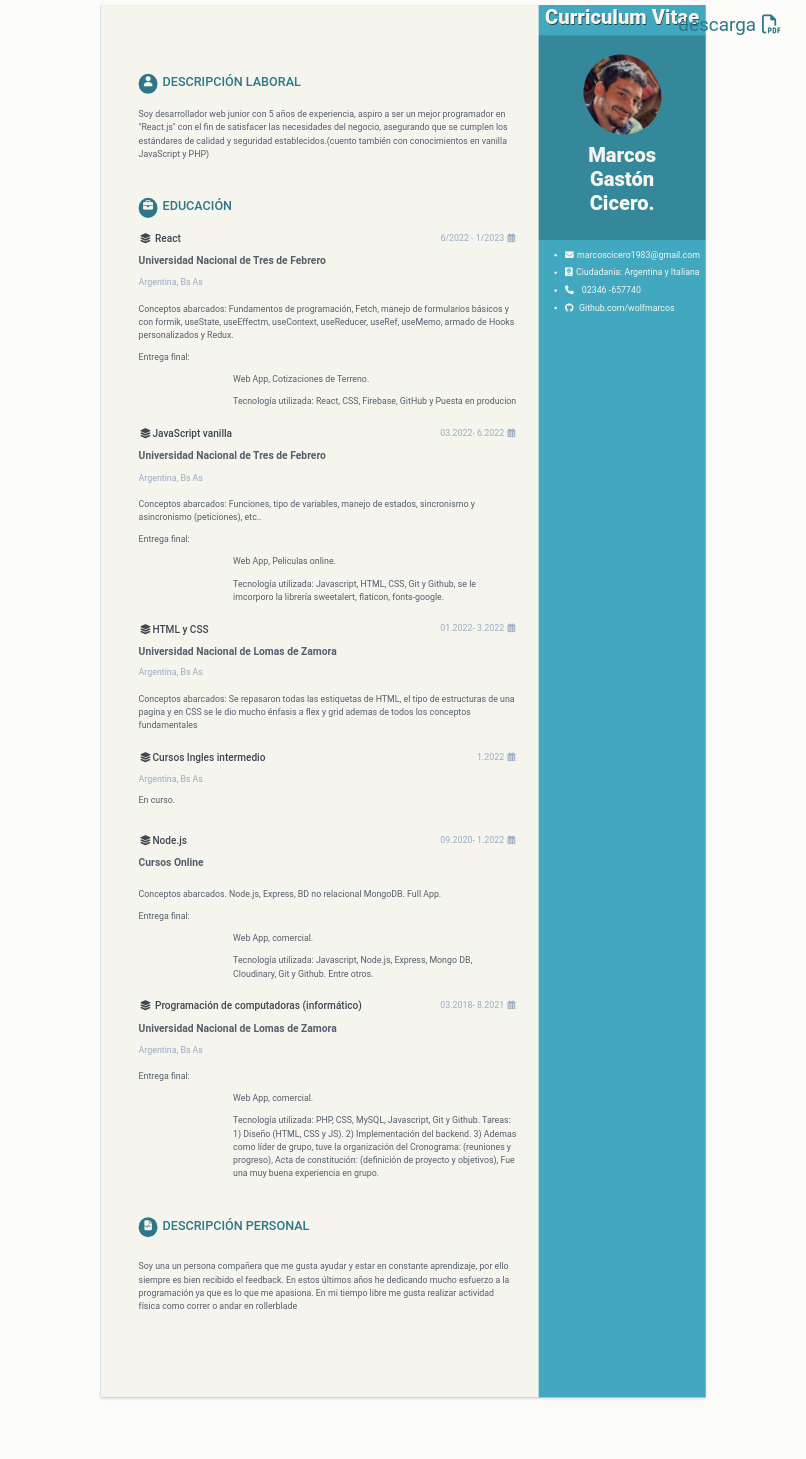
Repository: wolfmarcos/CV-Marcos-Cicero
Page: index.html
An editor plug-in stored every save of this project. The page is shown before and after a run of saves, followed by the edit.
The browser window is 1280 px wide. The pictures show the whole page, at 63% of full size.
Some icons come from a web library that is not loaded, so they are not drawn. Some web fonts or font styles are not loaded; a fallback is used. Some web libraries are served in a nearby version.

Above is the page before, as saved 2023-01-27 18:23:55.

After the next 2 saves:
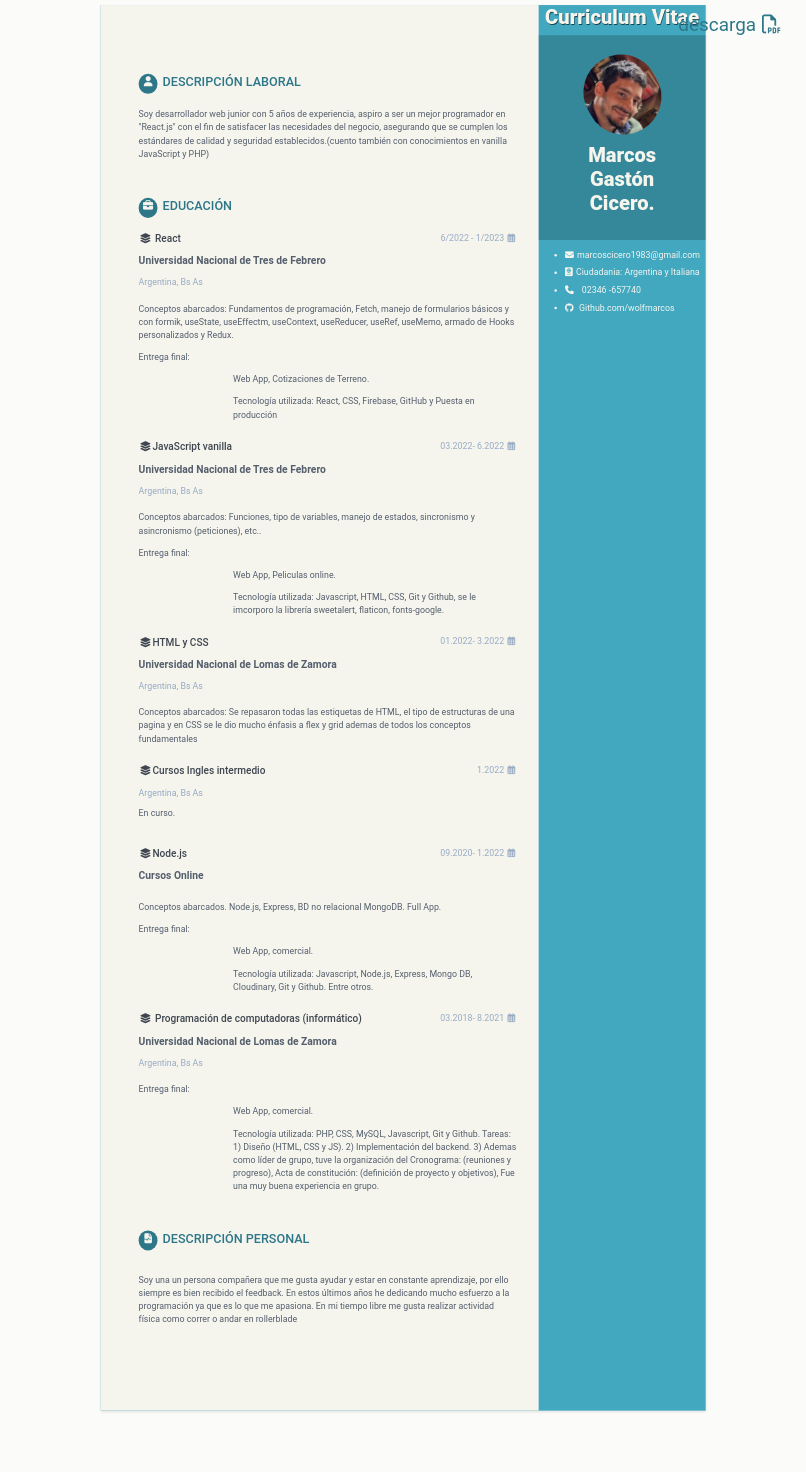
The 2 saves are shown as one change because they came seconds apart.
The last was saved 33 s later.
--- a/index.html
+++ b/index.html
@@ -106,7 +106,7 @@
 
                         <div class="centro">
                             <p> Web App, Cotizaciones de Terreno.</p>
-                            <p> Tecnología utilizada: React, CSS, Firebase, GitHub y Puesta en producion </p>
+                            <p> Tecnología utilizada: React, CSS, Firebase, GitHub y Puesta en producción </p>
                         </div>
                     </div>
                 </div>
